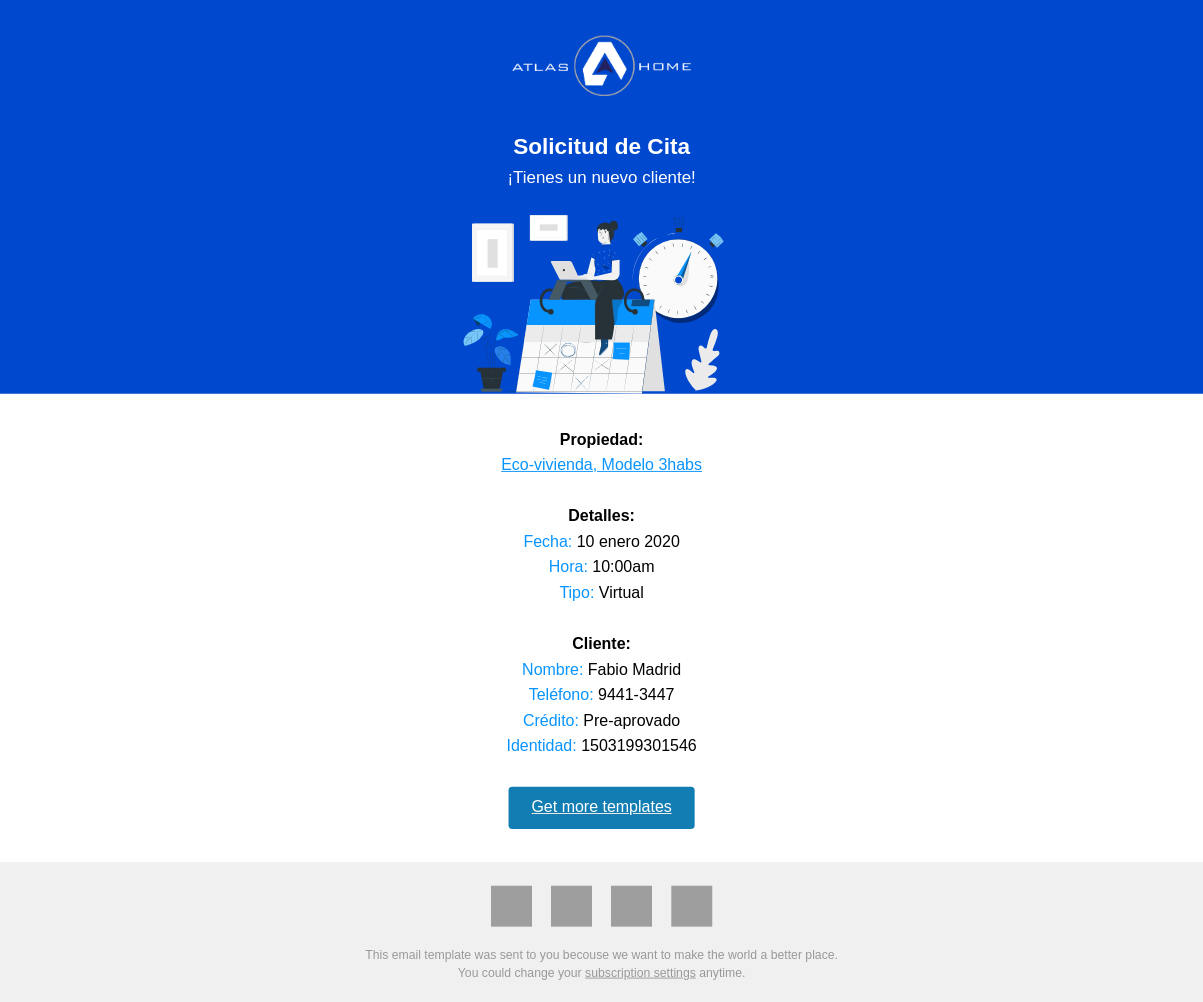
Repository: FabioMadrid/atlas_code
Page: correo_cita_vendedor.html
The author's editor kept a copy of each file at every save. The page is drawn from the files as they stood at one save, then again after the next save.
The browser window is 1280 px wide. The pictures show the whole page, at 94% of full size.
Pictures or frames that could not be fetched are drawn as grey boxes.

Above is the page before, as saved 2021-01-14 16:49:12.

### correo_cita_vendedor.html
<html xmlns="http://www.w3.org/1999/xhtml">
<head>
	<meta http-equiv="content-type" content="text/html; charset=utf-8">
  	<meta name="viewport" content="width=device-width, initial-scale=1.0;">
 	<meta name="format-detection" content="telephone=no"/>

	<style>
/* Reset styles */
    body {
        margin: 0; padding: 0; min-width: 100%; width: 100% !important; height: 100% !important;
        }
    body, table, td, div, p, a {
        -webkit-font-smoothing: antialiased; text-size-adjust: 100%; -ms-text-size-adjust: 100%;
        -webkit-text-size-adjust: 100%; line-height: 100%;
        }
    table, td {
         mso-table-lspace: 0pt; mso-table-rspace: 0pt;
         border-collapse: collapse !important; border-spacing: 0; }
    img {
        border: 0; line-height: 100%; outline: none; text-decoration: none;
        -ms-interpolation-mode: bicubic;
        }
    #outlook a { padding: 0; }
    .ReadMsgBody { width: 100%; }
    .ExternalClass { width: 100%; }
    .ExternalClass, .ExternalClass p, .ExternalClass span, .ExternalClass font, .E
    xternalClass td, .ExternalClass div {
        line-height: 100%;
        }

/* Extra floater space for advanced mail clients only */
@media all and (max-width: 600px) {
	.floater { width: 320px; }
}

/* Set color for auto links (addresses, dates, etc.) */
a, a:hover {
	color: #127DB3;
}
.footer a, .footer a:hover {
	color: #999999;
}

 	</style>

	<!-- MESSAGE SUBJECT -->
	<title>Cita Confirmada</title>

</head>

<!-- BODY -->
<!-- Set message background color (twice) and text color (twice) -->
<body topmargin="0" rightmargin="0" bottommargin="0" leftmargin="0" marginwidth="0" marginheight="0" width="100%" style="border-collapse: collapse; border-spacing: 0; margin: 0; padding: 0; width: 100%; height: 100%; -webkit-font-smoothing: antialiased; text-size-adjust: 100%; -ms-text-size-adjust: 100%; -webkit-text-size-adjust: 100%; line-height: 100%;
	background-color: #FFFFFF;
	color: #000000;"
	bgcolor="#FFFFFF"
	text="#000000">

<!-- SECTION / BACKGROUND -->
<!-- Set section background color -->
<table width="100%" align="center" border="0" cellpadding="0" cellspacing="0" style="border-collapse: collapse; border-spacing: 0; margin: 0; padding: 0; width: 100%;" class="background"><tr><td align="center" valign="top" style="border-collapse: collapse; border-spacing: 0; margin: 0; padding: 0;"
	bgcolor="#0048CD">

<!-- WRAPPER -->
<!-- Set wrapper width (twice) -->
<table border="0" cellpadding="0" cellspacing="0" align="center"
	width="600" style="border-collapse: collapse; border-spacing: 0; padding: 0; width: inherit;
	max-width: 600px;" class="wrapper">

	<tr>
		<td align="center" valign="top" style="border-collapse: collapse; border-spacing: 0; margin: 0; padding: 0; padding-left: 6.25%; padding-right: 6.25%; width: 87.5%;
			padding-top: 20px;">

			<!-- PREHEADER -->
			<!-- Set text color to background color -->
			<div style="display: none; visibility: hidden; overflow: hidden; opacity: 0; font-size: 1px; line-height: 1px; height: 0; max-height: 0; max-width: 0;
			color: #FFFFFF;" class="preheader">
				Available on&nbsp;GitHub and&nbsp;CodePen. holis aqui va un texto</div>

			<!-- LOGO -->
			<!-- Image text color should be opposite to background color. Set your url, image src, alt and title. Alt text should fit the image size. Real image size should be x2. URL format: http://domain.com/?utm_source={{Campaign-Source}}&utm_medium=email&utm_content=logo&utm_campaign={{Campaign-Name}} -->
			<a target="_blank" style="text-decoration: none;"
				href="https://github.com/konsav/email-templates/"><img border="0" vspace="0" hspace="0"
				src="./svg/logo_alargado_blanco.svg"
				width="190" height="100"
				alt="Logo" title="Logo" style="
				color: #000000;
				font-size: 10px; margin: 0; padding: 0; outline: none; text-decoration: none; -ms-interpolation-mode: bicubic; border: none; display: block;" /></a>

		</td>
	</tr>

	<!-- HEADER -->
	<!-- Set text color and font family ("sans-serif" or "Georgia, serif") -->
	<tr>
		<td align="center" valign="top" style="border-collapse: collapse; border-spacing: 0; margin: 0; padding: 0; padding-left: 6.25%; padding-right: 6.25%; width: 87.5%; font-size: 24px; font-weight: bold; line-height: 130%;
			padding-top: 20px;
			color: #FFFFFF;
			font-family: sans-serif;" class="header">
				Solicitud de Cita
		</td>
	</tr>

	<!-- SUBHEADER -->
	<!-- Set text color and font family ("sans-serif" or "Georgia, serif") -->
	<tr>
		<td align="center" valign="top" style="border-collapse: collapse; border-spacing: 0; margin: 0; padding: 0; padding-bottom: 3px; padding-left: 6.25%; padding-right: 6.25%; width: 87.5%; font-size: 18px; font-weight: 300; line-height: 150%;
			padding-top: 5px;
			color: #FFFFFF;
			font-family: sans-serif;" class="subheader">
				¡Tienes un nuevo cliente!
		</td>
	</tr>

	<!-- HERO IMAGE -->
	<!-- Image text color should be opposite to background color. Set your url, image src, alt and title. Alt text should fit the image size. Real image size should be x2 (wrapper x2). Do not set height for flexible images (including "auto"). URL format: http://domain.com/?utm_source={{Campaign-Source}}&utm_medium=email&utm_content={{Ìmage-Name}}&utm_campaign={{Campaign-Name}} -->
	<tr>
		<td align="center" valign="top" style="border-collapse: collapse; border-spacing: 0; margin: 0; padding: 0;
			padding-top: 20px;" class="hero"><a target="_blank" style="text-decoration: none;"
			href="#"><img border="0" vspace="0" hspace="0"
			src="./svg/calendario_mujer.svg"
			alt="favor activa imagenes para ver este contenido" title="Hero Image"
			width="530" style="
			width: 88.33%;
			max-width: 530px;
			color: #FFFFFF; font-size: 13px; margin: 0; padding: 0; outline: none; text-decoration: none; -ms-interpolation-mode: bicubic; border: none; display: block;"/></a></td>
	</tr>


<!-- End of WRAPPER -->
</table>

<!-- SECTION / BACKGROUND -->
<!-- Set section background color -->
</td></tr><tr><td align="center" valign="top" style="border-collapse: collapse; border-spacing: 0; margin: 0; padding: 0;
	padding-top: 5px;"
	bgcolor="#FFFFFF">

<!-- WRAPPER -->
<!-- Set conteiner background color -->
<table border="0" cellpadding="0" cellspacing="0" align="center"
	width="600" style="border-collapse: collapse; border-spacing: 0; padding: 0; width: inherit;
	max-width: 600px;">

	<!-- FLOATERS -->
	<!-- Floaters (left align tables) need extra 10px spacing in a line (Outlook fix). Floater table width = (wrapper width / 2) - 10px. Set text color and font family ("sans-serif" or "Georgia, serif"). Duplicate all text styles in links, including line-height. Image text color should be opposite to background color. Set your url, image src, alt and title. Alt text should fit the image size. Real image size should be x2. Do not set height for flexible images (including "auto"). URL format: http://domain.com/?utm_source={{Campaign-Source}}&utm_medium=email&utm_content={{Ìmage-Name}}&utm_campaign={{Campaign-Name}} -->
	<tr>
        <td align="center" valign="top" style="border-collapse: collapse; border-spacing: 0; margin: 0; padding: 0; padding-left: 10px; padding-right: 10px;" class="floaters">
        <table width="280" border="0" cellpadding="0" cellspacing="0" align="left" valign="top" style="border-collapse: collapse; mso-table-lspace: 0pt; mso-table-rspace: 0pt; border-spacing: 0; margin: 0; padding: 0; display: inline-table; float: none;" class="floater">
        <tr>
            <td align="center" valign="top" style="border-collapse: collapse; border-spacing: 0; margin: 0; padding: 0; padding-left: 15px; padding-right: 15px; font-size: 17px; font-weight: 400; line-height: 160%;
			padding-top: 30px;
			font-family: sans-serif;
            color: #000000;">
            <b>Propiedad:</b> <br>

            <a target="_blank" style="text-decoration: underline;
			font-size: 17px; line-height: 160%; color: #0894FE;"
            href="https://atlashome.hn/vistaCondominio/14">Eco-vivienda, Modelo 3habs</b></a> <br>
            <br>
            <b>Detalles:</b> <br>

            <span style="color:#0894FE;"> Fecha: </span> <span>10 enero 2020</span> <br>
            <span style="color:#0894FE;"> Hora: </span> <span>10:00am</span> <br>
            <span style="color:#0894FE;"> Tipo: </span> <span>Virtual</span> <br>
            <br>
            <b>Cliente:</b> <br>
            <span style="color:#0894FE;"> Nombre: </span> <span>Fabio Madrid</span> <br>
            <span style="color:#0894FE;"> Teléfono: </span> <span>9441-3447</span> <br>
            <span style="color:#0894FE;"> Crédito: </span> <span>Pre-aprovado</span> <br>
            <span style="color:#0894FE;"> Identidad: </span> <span>1503199301546</span> <br>

        </td>
    </tr>
    </table>


	<!-- BUTTON -->
	<!-- Set button background color at TD, link/text color at A and TD, font family ("sans-serif" or "Georgia, serif") at TD. For verification codes add "letter-spacing: 5px;". Link format: http://domain.com/?utm_source={{Campaign-Source}}&utm_medium=email&utm_content={{Button-Name}}&utm_campaign={{Campaign-Name}} -->
 	<tr>
		<td align="center" valign="top" style="border-collapse: collapse; border-spacing: 0; margin: 0; padding: 0; padding-left: 6.25%; padding-right: 6.25%; width: 87.5%;
			padding-top: 30px;
			padding-bottom: 35px;" class="button"><a
			href="https://github.com/konsav/email-templates/" target="_blank" style="text-decoration: underline;">
				<table border="0" cellpadding="0" cellspacing="0" align="center" style="max-width: 240px; min-width: 120px; border-collapse: collapse; border-spacing: 0; padding: 0;"><tr><td align="center" valign="middle" style="padding: 12px 24px; margin: 0; text-decoration: underline; border-collapse: collapse; border-spacing: 0; border-radius: 4px; -webkit-border-radius: 4px; -moz-border-radius: 4px; -khtml-border-radius: 4px;"
					bgcolor="#127DB3"><a target="_blank" style="text-decoration: underline;
					color: #FFFFFF; font-family: sans-serif; font-size: 17px; font-weight: 400; line-height: 120%;"
					href="https://github.com/konsav/email-templates/">
						Get more templates
					</a>
			</td></tr></table></a>
		</td>
	</tr>

<!-- End of WRAPPER -->
</table>

<!-- SECTION / BACKGROUND -->
<!-- Set section background color -->
</td></tr><tr><td align="center" valign="top" style="border-collapse: collapse; border-spacing: 0; margin: 0; padding: 0;"
	bgcolor="#F0F0F0">

<!-- WRAPPER -->
<!-- Set wrapper width (twice) -->
<table border="0" cellpadding="0" cellspacing="0" align="center"
	width="600" style="border-collapse: collapse; border-spacing: 0; padding: 0; width: inherit;
	max-width: 600px;" class="wrapper">

	<!-- SOCIAL NETWORKS -->
	<!-- Image text color should be opposite to background color. Set your url, image src, alt and title. Alt text should fit the image size. Real image size should be x2 -->
	<tr>
		<td align="center" valign="top" style="border-collapse: collapse; border-spacing: 0; margin: 0; padding: 0; padding-left: 6.25%; padding-right: 6.25%; width: 87.5%;
			padding-top: 25px;" class="social-icons"><table
			width="256" border="0" cellpadding="0" cellspacing="0" align="center" style="border-collapse: collapse; border-spacing: 0; padding: 0;">
			<tr>

				<!-- ICON 1 -->
				<td align="center" valign="middle" style="margin: 0; padding: 0; padding-left: 10px; padding-right: 10px; border-collapse: collapse; border-spacing: 0;"><a target="_blank"
					href="https://raw.githubusercontent.com/konsav/email-templates/"
				style="text-decoration: none;"><img border="0" vspace="0" hspace="0" style="padding: 0; margin: 0; outline: none; text-decoration: none; -ms-interpolation-mode: bicubic; border: none; display: inline-block;
					color: #000000;"
					alt="F" title="Facebook"
					width="44" height="44"
					src="https://raw.githubusercontent.com/konsav/email-templates/master/images/social-icons/facebook.png"></a></td>

				<!-- ICON 2 -->
				<td align="center" valign="middle" style="margin: 0; padding: 0; padding-left: 10px; padding-right: 10px; border-collapse: collapse; border-spacing: 0;"><a target="_blank"
					href="https://raw.githubusercontent.com/konsav/email-templates/"
				style="text-decoration: none;"><img border="0" vspace="0" hspace="0" style="padding: 0; margin: 0; outline: none; text-decoration: none; -ms-interpolation-mode: bicubic; border: none; display: inline-block;
					color: #000000;"
					alt="T" title="Twitter"
					width="44" height="44"
					src="https://raw.githubusercontent.com/konsav/email-templates/master/images/social-icons/twitter.png"></a></td>

				<!-- ICON 3 -->
				<td align="center" valign="middle" style="margin: 0; padding: 0; padding-left: 10px; padding-right: 10px; border-collapse: collapse; border-spacing: 0;"><a target="_blank"
					href="https://raw.githubusercontent.com/konsav/email-templates/"
				style="text-decoration: none;"><img border="0" vspace="0" hspace="0" style="padding: 0; margin: 0; outline: none; text-decoration: none; -ms-interpolation-mode: bicubic; border: none; display: inline-block;
					color: #000000;"
					alt="G" title="Google Plus"
					width="44" height="44"
					src="https://raw.githubusercontent.com/konsav/email-templates/master/images/social-icons/googleplus.png"></a></td>

				<!-- ICON 4 -->
				<td align="center" valign="middle" style="margin: 0; padding: 0; padding-left: 10px; padding-right: 10px; border-collapse: collapse; border-spacing: 0;"><a target="_blank"
					href="https://raw.githubusercontent.com/konsav/email-templates/"
				style="text-decoration: none;"><img border="0" vspace="0" hspace="0" style="padding: 0; margin: 0; outline: none; text-decoration: none; -ms-interpolation-mode: bicubic; border: none; display: inline-block;
					color: #000000;"
					alt="I" title="Instagram"
					width="44" height="44"
					src="https://raw.githubusercontent.com/konsav/email-templates/master/images/social-icons/instagram.png"></a></td>

			</tr>
			</table>
		</td>
	</tr>

	<!-- FOOTER -->
	<!-- Set text color and font family ("sans-serif" or "Georgia, serif"). Duplicate all text styles in links, including line-height -->
	<tr>
		<td align="center" valign="top" style="border-collapse: collapse; border-spacing: 0; margin: 0; padding: 0; padding-left: 6.25%; padding-right: 6.25%; width: 87.5%; font-size: 13px; font-weight: 400; line-height: 150%;
			padding-top: 20px;
			padding-bottom: 20px;
			color: #999999;
			font-family: sans-serif;" class="footer">

				This email template was sent to&nbsp;you becouse we&nbsp;want to&nbsp;make the&nbsp;world a&nbsp;better place.<br/> You&nbsp;could change your <a href="https://github.com/konsav/email-templates/" target="_blank" style="text-decoration: underline; color: #999999; font-family: sans-serif; font-size: 13px; font-weight: 400; line-height: 150%;">subscription settings</a> anytime.

				<!-- ANALYTICS -->
				<!-- https://www.google-analytics.com/collect?v=1&tid={{UA-Tracking-ID}}&cid={{Client-ID}}&t=event&ec=email&ea=open&cs={{Campaign-Source}}&cm=email&cn={{Campaign-Name}} -->
				<img width="1" height="1" border="0" vspace="0" hspace="0" style="margin: 0; padding: 0; outline: none; text-decoration: none; -ms-interpolation-mode: bicubic; border: none; display: block;"
				src="https://raw.githubusercontent.com/konsav/email-templates/master/images/tracker.png" />

		</td>
	</tr>

<!-- End of WRAPPER -->
</table>

<!-- End of SECTION / BACKGROUND -->
</td></tr></table>

</body>
</html>

After the next save:
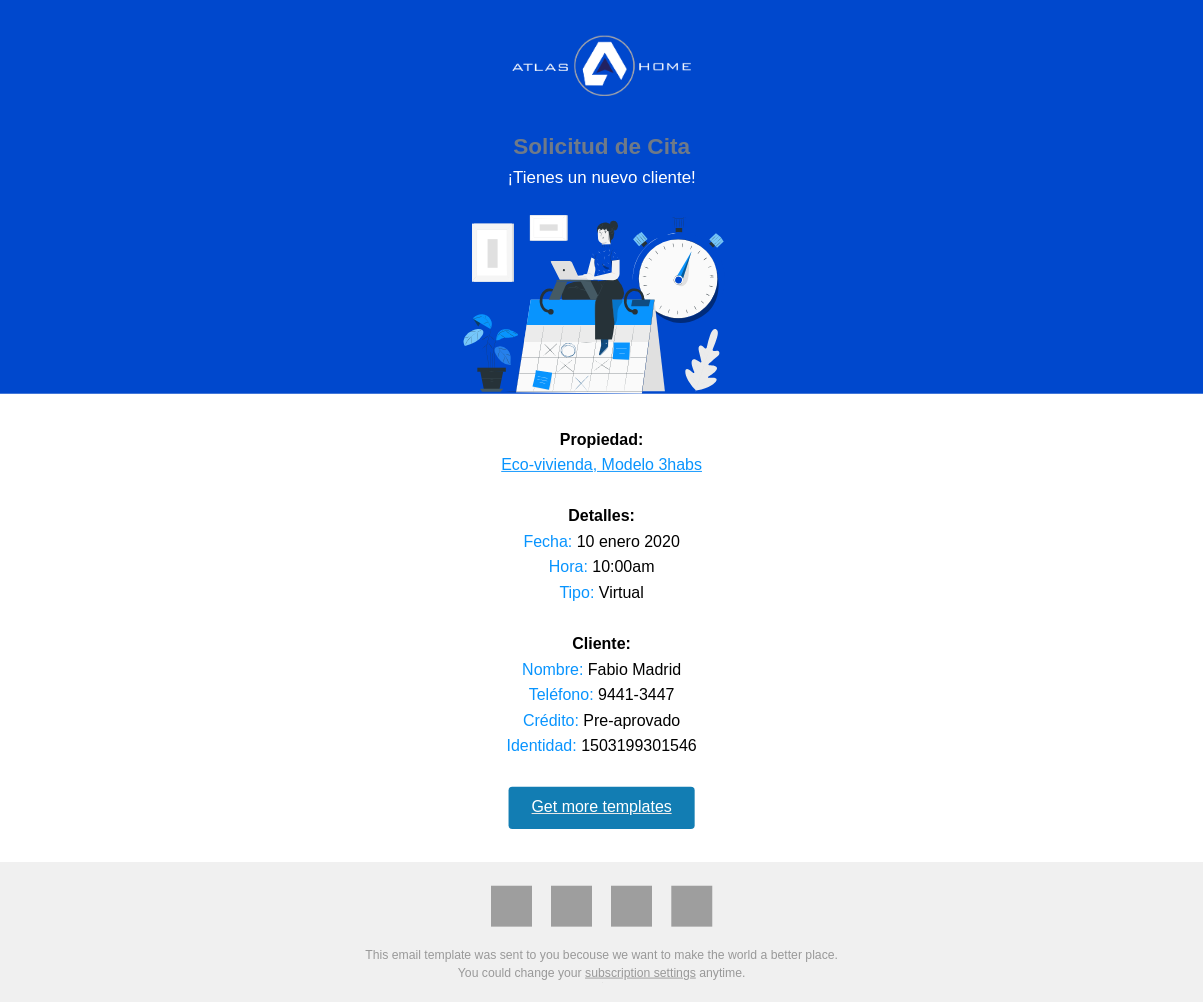
Saved 82 s later.
--- a/correo_cita_vendedor.html
+++ b/correo_cita_vendedor.html
@@ -95,7 +95,7 @@ a, a:hover {
 	<tr>
 		<td align="center" valign="top" style="border-collapse: collapse; border-spacing: 0; margin: 0; padding: 0; padding-left: 6.25%; padding-right: 6.25%; width: 87.5%; font-size: 24px; font-weight: bold; line-height: 130%;
 			padding-top: 20px;
-			color: #FFFFFF;
+			color: #6F7A88;
 			font-family: sans-serif;" class="header">
 				Solicitud de Cita
 		</td>
